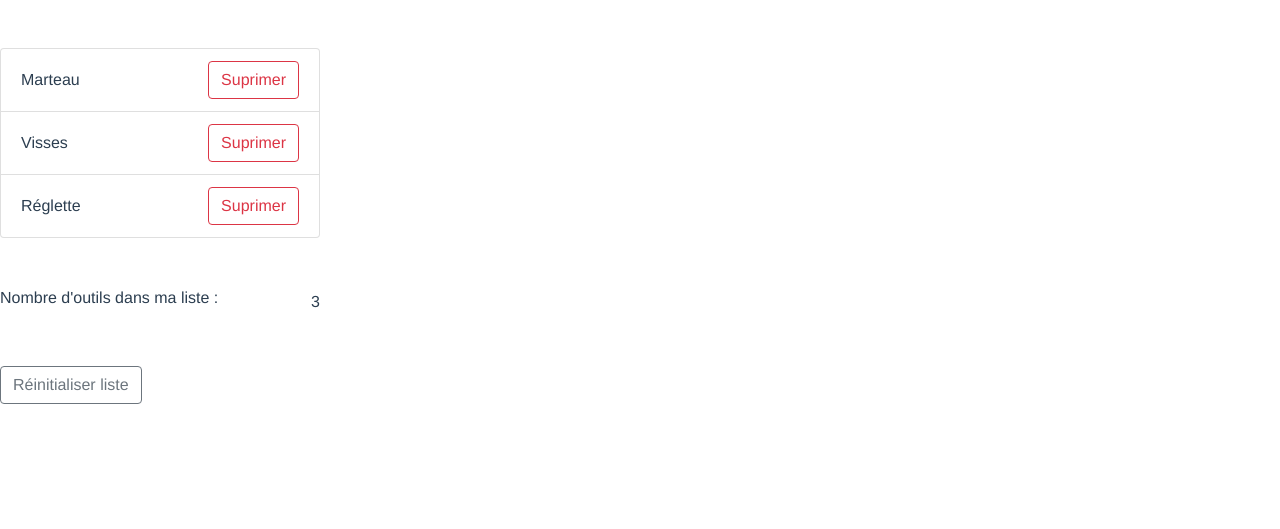
Repository: corentin-e-student/test-vue
Page: /
These files come from the project's save history. The page is drawn as it stood at one moment and after the next save; the edit follows.
The browser window is 1280 px wide. The pictures show the whole page.
The project was rebuilt for these pictures with package versions that can differ from the ones it lists, and the page was loaded fresh each time. Also part of the build but not shown: vue.config.js.

Above is the page before, as saved 2023-03-01 16:24:26.

### src/main.js
import Vue from 'vue'
import App from './App.vue'
import router from './router'
import store from './store'
import { BootstrapVue } from 'bootstrap-vue'

import 'bootstrap/dist/css/bootstrap.css'
import 'bootstrap-vue/dist/bootstrap-vue.css'

Vue.use(BootstrapVue)
Vue.config.productionTip = false

new Vue({
  router,
  store,
  render: h => h(App)
}).$mount('#app')

### src/store/index.js
import Vue from 'vue'
import Vuex from 'vuex'

import modules from './modules'

Vue.use(Vuex)

export default new Vuex.Store({
  modules
})

### src/views/HomeView.vue
<template>
  <div>
    <TodoList/>
  </div>
</template>

<script>
// @ is an alias to /src
import TodoList from '@/components/TodoList.vue'

export default {
  name: 'HomeView',
  components: {
    TodoList
}
}
</script>

### src/store/modules/index.js
const requireModule = require.context('.', false, /\.js$/)
const modules = {}

requireModule.keys().forEach(filename => {
  // create the module name from fileName
  const moduleName = filename
    .replace(/(\.\/|\.js|-)/g, '')

  modules[moduleName] = requireModule(filename).default || requireModule(filename)
})

export default modules

### src/components/TodoList.vue
<template>
    <div id="app-1">
        <AddToolField/>
        <b-list-group class="w-25 mt-5">
            <b-list-group-item class="d-flex justify-content-between align-items-center"
            v-for="(tool, index) in todoList" :key="tool.id">
                {{ tool.name }} <b-button variant="outline-danger"
                @click="removeTool(index)">Suprimer</b-button>
            </b-list-group-item>
        </b-list-group>

        <div class="w-25 mt-5 d-flex b-col justify-content-between align-items-center">
            <label>Nombre d'outils dans ma liste :</label>
            <span>{{ publishTodoListLength }}</span>
        </div>

        <b-button class="d-flex mt-5" variant="outline-secondary"
        @click="resetTodoList">
            Réinitialiser liste
        </b-button>
    </div>
</template>
<script>
    import AddToolField from '@/components/TodoList.vue'
    import { mapActions, mapGetters, mapMutations, mapState } from 'vuex'

    export default {
        name: 'TodoList',
        data: () => ({
            /* tools: [
            { id: 0, name: 'Marteau' },
            { id: 1, name: 'Visses' },
            { id: 2, name: 'Réglette' }
            ], */
            toolname:null
        }),
        computed: {
            ...mapState({
                todoList: state => state.todo.todoList,
            }),
            ...mapGetters("todo", ["publishTodoListLength"]),
        },
        watch: {
            publishTodoListLength(newVal, oldVal) {
                console.log(newVal, oldVal)
            }
        },
        created() {
            this.readTodoList()
        },
        methods: {
            ...mapMutations({
                resetTodoList: "todo/TODO_LIST_SET"
            }),
            ...mapActions("todo", ["readTodoList", "addTool", "removeTool", "resetList"]),
            /* addTool() {
                this.tools.push({id: this.publishTodoListLength +1, name: this.toolname})
            },
            removeTool(id) {
                let toolIndex = this.tools.findIndex(tool => tool.id === id)
                this.tools.splice(toolIndex, 1)
            },
            removeTool2(index) {
                this.tools.splice(index, 1)
            } */
        },
        components: {
            AddToolField
        }
    }
</script>

### src/store/modules/todo.js
const TODO_LIST_SET = "TODO_LIST_SET"
const ADD_TOOL = "ADD_TOOL"
const REMOVE_TOOL = "REMOVE_TOOL"
const RESET_LIST = "RESET_LIST"

function initList() {
  return [{ id: 0, name: 'Marteau' },
  { id: 1, name: 'Visses' },
  { id: 2, name: 'Réglette' }]
}
export default {
  namespaced: true,
  state: {
    todoList: [],
  },
  getters: {
    publishTodoListLength: ({todoList}) => todoList.length
  },
  mutations: {
    [TODO_LIST_SET](state) {
        state.todoList = initList()
    },
    [ADD_TOOL](state, [publishTodoListLength, toolname]) {
        state.todoList.push({id: publishTodoListLength +1, name: toolname});
    },
    [REMOVE_TOOL](state, index) {
      state.todoList.splice(index, 1)
    },
    [RESET_LIST](state) {
      state.todoList = initList()
    },
  },
  actions: {
    readTodoList({commit}) {
        commit(TODO_LIST_SET)
    },
    addTool({commit, getters}, toolname) {
        commit(ADD_TOOL, [getters.publishTodoListLength, toolname])
    },
    removeTool({commit}, index) {
        commit(REMOVE_TOOL, index)
    },
    resetList({commit}) {
      commit(RESET_LIST)
    }
  },
}

### src/components/AddToolField.vue
<template>
    <div id="app-1">
        <b-input-group class="w-25 mt-5">
            <b-form-input type="texte" v-model="toolname"></b-form-input>
            <b-input-group-append>
                <b-button variant="outline-primary"
                @click="addTool(toolname)">
                    Ajouter
                </b-button>
            </b-input-group-append>
        </b-input-group>
    </div>
</template>
<script>
    import { mapActions, mapState } from 'vuex'
    export default {
        name: 'AddToolField',
        data: () => ({
            toolname:null
        }),
        computed: {
            ...mapState({
                todoList: state => state.todo.todoList,
            }),
        },
        methods: {
            ...mapActions("todo", ["addTool"]),
        }
    }
</script>

Loaded but not shown: public/index.html (common file); src/App.vue (common file); src/router/index.js (common file)

After the next save:
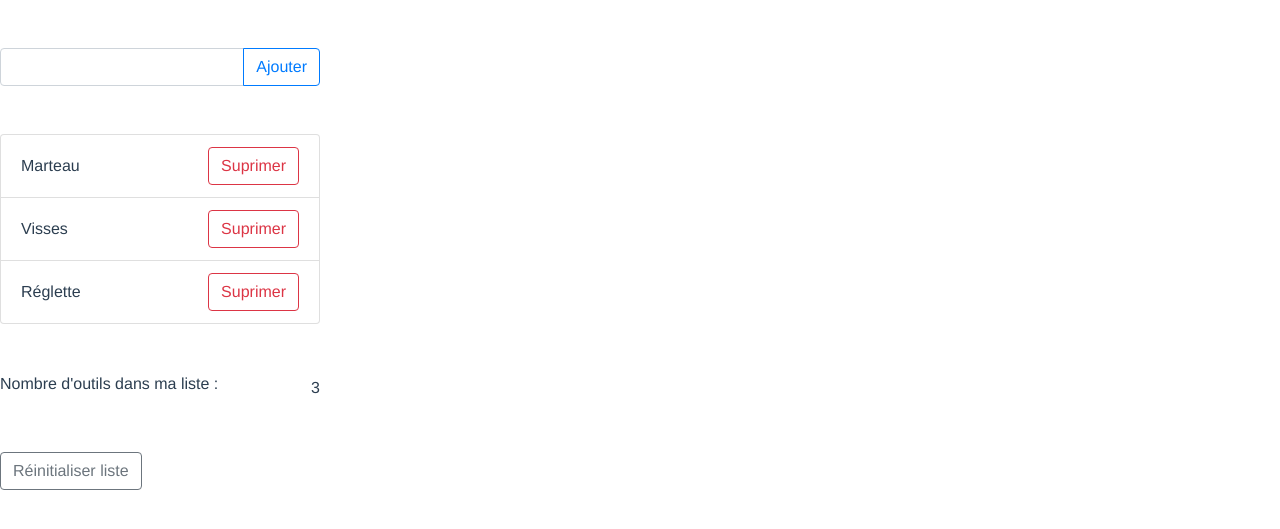
Saved 37 s later.
--- a/src/components/TodoList.vue
+++ b/src/components/TodoList.vue
@@ -21,7 +21,7 @@
     </div>
 </template>
 <script>
-    import AddToolField from '@/components/TodoList.vue'
+    import AddToolField from '@/components/AddToolField.vue'
     import { mapActions, mapGetters, mapMutations, mapState } from 'vuex'
 
     export default {
